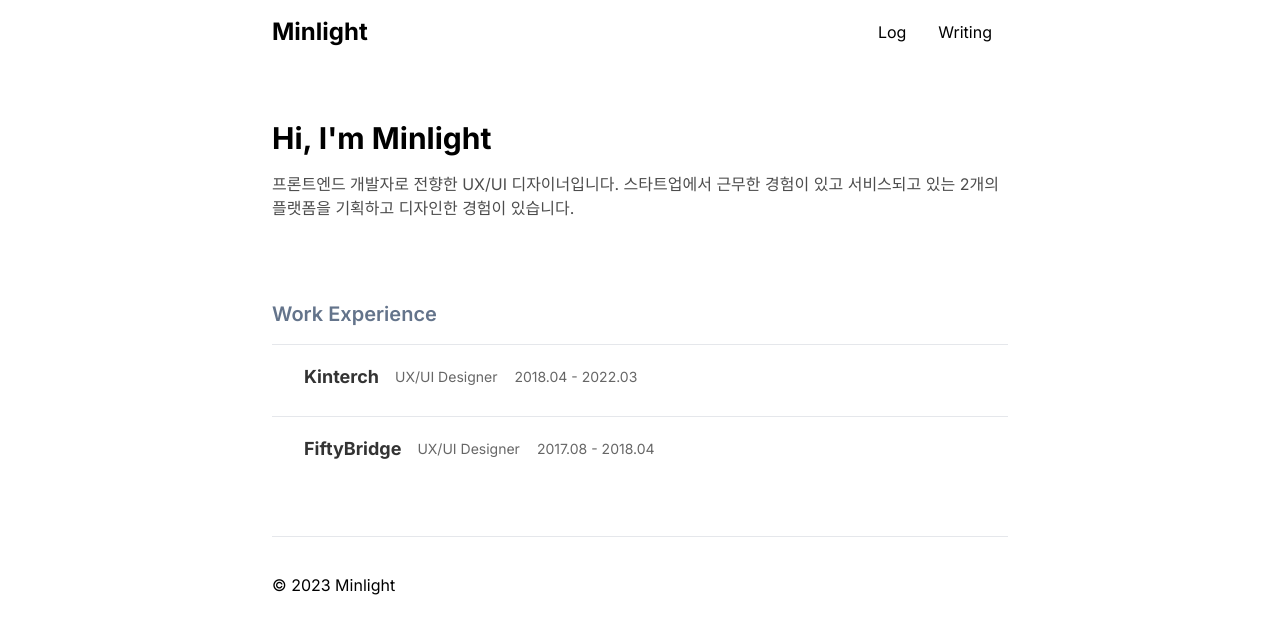
Repository: kwngmin/minlight-log
Page: /
An editor plug-in stored every save of this project. The page is shown before and after the next save, followed by the edit.
The browser window is 1280 px wide. The pictures show the whole page.
The project was rebuilt for these pictures with package versions that can differ from the ones it lists, and the page was loaded fresh each time. The framework's server and built-in components were replaced by stand-ins that run in the browser. Also part of the build but not shown: next.config.js.

Above is the page before, as saved 2023-04-04 16:26:16.

### src/app/layout.tsx
import "./globals.css";
import Footer from "@/components/Footer";
import Header from "@/components/Header";

import { Inter } from "next/font/google";
const inter = Inter({ subsets: ["latin"] });

export const metadata = {
  title: {
    default: "Minlight",
    template: "Minlight | %s",
  },
  description: "Minlight log",
};

export default function RootLayout({
  children,
}: {
  children: React.ReactNode;
}) {
  return (
    <html lang="en" className={inter.className}>
      <body className="flex flex-col max-w-screen-md mx-auto px-4">
        <Header />
        <main className="">{children}</main>
        <Footer />
      </body>
    </html>
  );
}

### src/app/page.tsx
import Table from "@/components/Table";
import Title from "@/components/Title";

const titleData = {
  title: `Hi, I'm Minlight`,
  description: `프론트엔드 개발자로 전향한 UX/UI 디자이너입니다. 스타트업에서 근무한
경험이 있고 서비스되고 있는 2개의 플랫폼을 기획하고 디자인한 경험이 있습니다.`,
};

const careerData = [
  {
    head: "Kinterch",
    content: "UX/UI Designer",
    period: "2018.04 - 2022.03",
  },
  {
    head: "FiftyBridge",
    content: "UX/UI Designer",
    period: "2017.08 - 2018.04",
  },
];

const educateData = [
  {
    head: "CodeStates",
    content: "Software Engineering Bootcamp · Frontend",
    period: "2022.06 - 2022.12",
  },
  {
    head: "IDAS, Hongik Univeristy",
    content: "Digital Media Design Major · Master of Design",
    period: "2013.03 - 2015.02",
  },
  {
    head: "Kangnam University",
    content: "Visual Design Major · Bachelor of Fine Arts",
    period: "2005.03 - 2012.02",
  },
];

export default function Home() {
  return (
    <section>
      <Title titleData={titleData} />
      <Table tableData={careerData} subject="Work Experience" />
    </section>
  );
}

### src/app/globals.css
@tailwind base;
@tailwind components;
@tailwind utilities;

* {
  box-sizing: border-box;
  padding: 0;
  margin: 0;
}
/*
:root {
  --max-width: 1100px;
  --border-radius: 12px;
  --font-mono: ui-monospace, Menlo, Monaco, "Cascadia Mono", "Segoe UI Mono",
    "Roboto Mono", "Oxygen Mono", "Ubuntu Monospace", "Source Code Pro",
    "Fira Mono", "Droid Sans Mono", "Courier New", monospace;

  --foreground-rgb: 0, 0, 0;
  --background-start-rgb: 214, 219, 220;
  --background-end-rgb: 255, 255, 255;

  --primary-glow: conic-gradient(
    from 180deg at 50% 50%,
    #16abff33 0deg,
    #0885ff33 55deg,
    #54d6ff33 120deg,
    #0071ff33 160deg,
    transparent 360deg
  );
  --secondary-glow: radial-gradient(
    rgba(255, 255, 255, 1),
    rgba(255, 255, 255, 0)
  );

  --tile-start-rgb: 239, 245, 249;
  --tile-end-rgb: 228, 232, 233;
  --tile-border: conic-gradient(
    #00000080,
    #00000040,
    #00000030,
    #00000020,
    #00000010,
    #00000010,
    #00000080
  );

  --callout-rgb: 238, 240, 241;
  --callout-border-rgb: 172, 175, 176;
  --card-rgb: 180, 185, 188;
  --card-border-rgb: 131, 134, 135;
}

@media (prefers-color-scheme: dark) {
  :root {
    --foreground-rgb: 255, 255, 255;
    --background-start-rgb: 0, 0, 0;
    --background-end-rgb: 0, 0, 0;

    --primary-glow: radial-gradient(rgba(1, 65, 255, 0.4), rgba(1, 65, 255, 0));
    --secondary-glow: linear-gradient(
      to bottom right,
      rgba(1, 65, 255, 0),
      rgba(1, 65, 255, 0),
      rgba(1, 65, 255, 0.3)
    );

    --tile-start-rgb: 2, 13, 46;
    --tile-end-rgb: 2, 5, 19;
    --tile-border: conic-gradient(
      #ffffff80,
      #ffffff40,
      #ffffff30,
      #ffffff20,
      #ffffff10,
      #ffffff10,
      #ffffff80
    );

    --callout-rgb: 20, 20, 20;
    --callout-border-rgb: 108, 108, 108;
    --card-rgb: 100, 100, 100;
    --card-border-rgb: 200, 200, 200;
  }
}

* {
  box-sizing: border-box;
  padding: 0;
  margin: 0;
}

html,
body {
  max-width: 100vw;
  overflow-x: hidden;
}

body {
  color: rgb(var(--foreground-rgb));
  background: linear-gradient(
      to bottom,
      transparent,
      rgb(var(--background-end-rgb))
    )
    rgb(var(--background-start-rgb));
}

a {
  color: inherit;
  text-decoration: none;
}

@media (prefers-color-scheme: dark) {
  html {
    color-scheme: dark;
  }
} */

### src/components/Footer.tsx
export default function Footer() {
  return (
    <section className="h-24 flex items-center border-t mt-8">
      © 2023 Minlight
    </section>
  );
}

### src/components/Header.tsx
import Link from "next/link";

const navList = [
  { name: "Log", url: "/log" },
  { name: "Writing", url: "/log" },
];

export default function Header() {
  return (
    <section className="h-16 flex items-center justify-between">
      <Link href="/" className="text-2xl font-bold">
        Minlight
      </Link>
      <nav className="">
        {navList.map(({ name, url }) => (
          <Link href={url} key={name} className="px-4">
            {name}
          </Link>
        ))}
      </nav>
    </section>
  );
}

### src/components/Table.tsx
type Props = {
  tableData: {
    head: string;
    content: string;
    period: string;
  }[];
  subject: string;
};

export default function Table({ tableData, subject }: Props) {
  return (
    <article className="my-6">
      <h2 className="text-left text-xl font-semibold text-slate-500 pb-6 lg:pb-4">
        {subject}
      </h2>
      <ul>
        {tableData.map(({ head, content, period }) => (
          <li
            key={head}
            className="flex flex-col lg:flex-row lg:items-center justify-center lg:justify-start h-20 lg:h-16 border-t gap-0 lg:gap-4 px-4 lg:px-8 mb-2"
          >
            <h3 className="font-bold text-lg text-black/80">{head}</h3>
            <section className="text-black/60 text-center lg:text-left flex items-center text-sm">
              {content}
              <span className="border-l text-xs mx-2 border-slate-400 shrink-0 " />
              {period}
            </section>
          </li>
        ))}
      </ul>
    </article>
  );
}

### src/components/Title.tsx
type TitleData = {
  title: string;
  description: string;
};
export default function Title({ titleData }: { titleData: TitleData }) {
  const { title, description } = titleData;
  return (
    <div className="py-14">
      <h1 className="text-3xl font-bold mb-4">{title}</h1>
      <p className="text-black/70 break-keep">{description}</p>
    </div>
  );
}

Loaded but not shown: tailwind.config.js (common file)

After the next save:
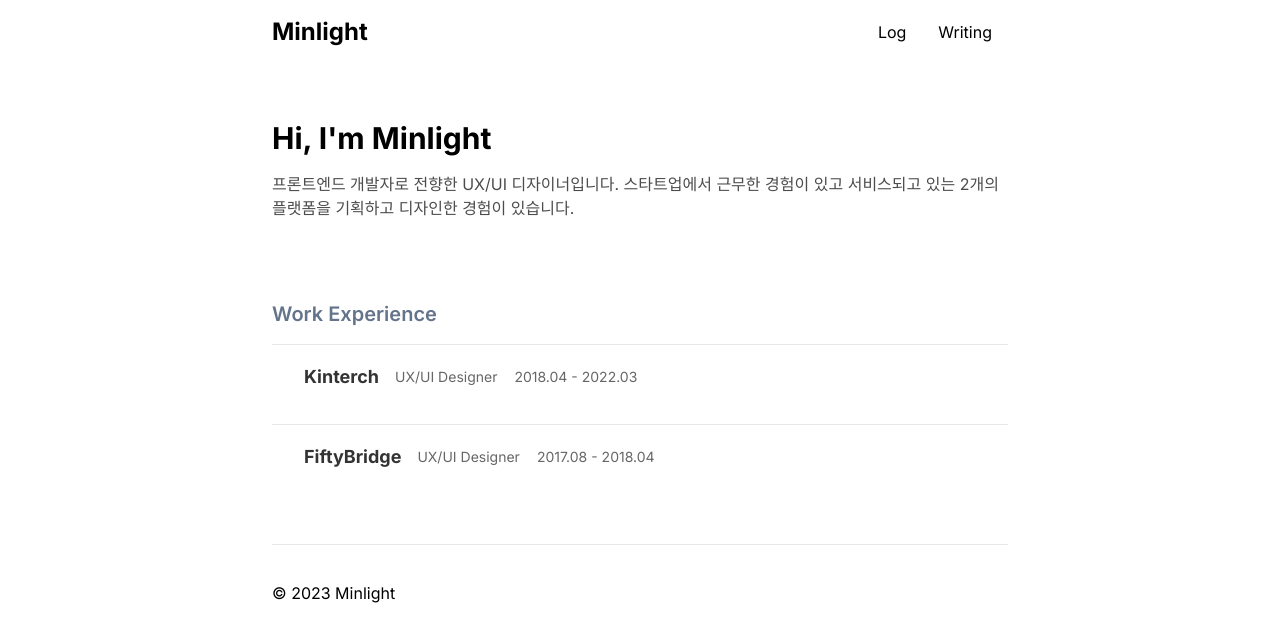
Saved 5 s later.
--- a/src/components/Table.tsx
+++ b/src/components/Table.tsx
@@ -17,7 +17,7 @@
         {tableData.map(({ head, content, period }) => (
           <li
             key={head}
-            className="flex flex-col lg:flex-row lg:items-center justify-center lg:justify-start h-20 lg:h-16 border-t gap-0 lg:gap-4 px-4 lg:px-8 mb-2"
+            className="flex flex-col lg:flex-row lg:items-center justify-center lg:justify-start h-20 lg:h-16 border-t gap-0 lg:gap-4 px-4 lg:px-8 mb-4"
           >
             <h3 className="font-bold text-lg text-black/80">{head}</h3>
             <section className="text-black/60 text-center lg:text-left flex items-center text-sm">

After the save that followed:
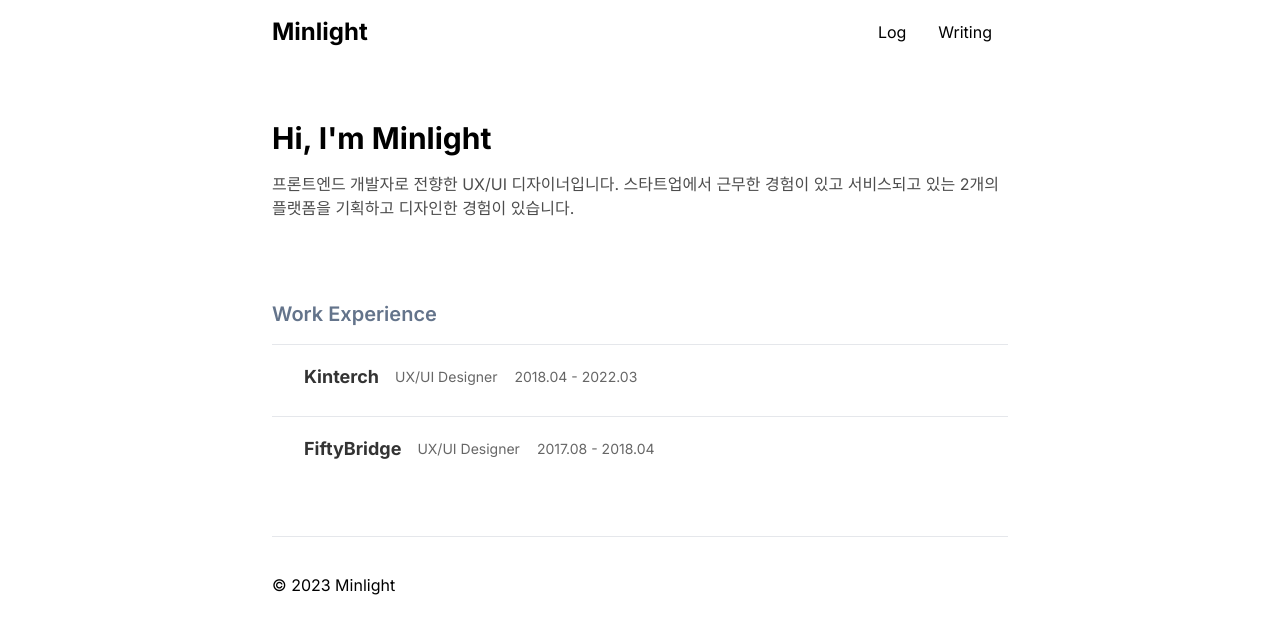
Saved 7 s later.
--- a/src/components/Table.tsx
+++ b/src/components/Table.tsx
@@ -17,7 +17,7 @@
         {tableData.map(({ head, content, period }) => (
           <li
             key={head}
-            className="flex flex-col lg:flex-row lg:items-center justify-center lg:justify-start h-20 lg:h-16 border-t gap-0 lg:gap-4 px-4 lg:px-8 mb-4"
+            className="flex flex-col lg:flex-row lg:items-center justify-center lg:justify-start h-20 lg:h-16 border-t gap-0 lg:gap-4 px-4 lg:px-8 mb-2"
           >
             <h3 className="font-bold text-lg text-black/80">{head}</h3>
             <section className="text-black/60 text-center lg:text-left flex items-center text-sm">
